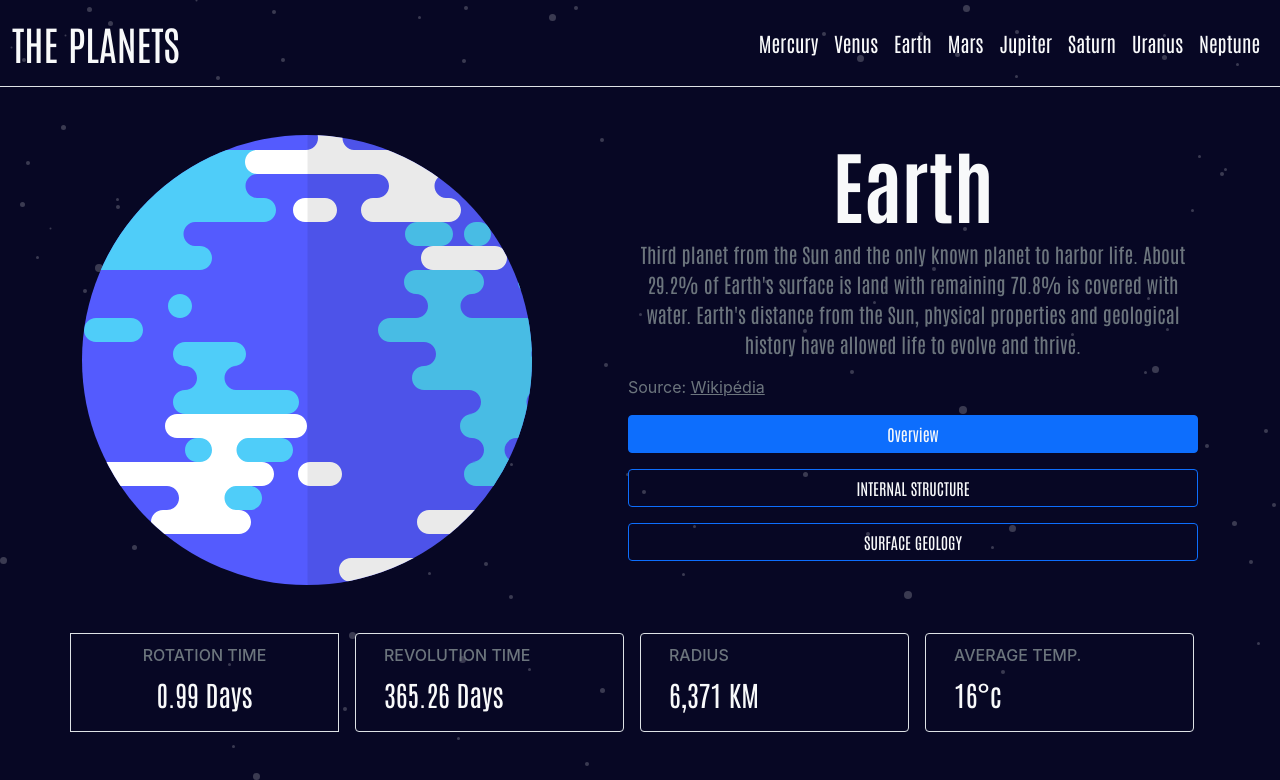
Repository: andre06x/the-planets
Page: /
These files come from the project's save history. The page is drawn as it stood at one moment and after the next save; the edit follows.
The browser window is 1280 px wide. The pictures show the whole page.
The project was rebuilt for these pictures with package versions that can differ from the ones it lists, and the page was loaded fresh each time.

Above is the page before, as saved 2021-10-19 16:41:34.

### public/index.html
<!DOCTYPE html>
<html lang="en">

<head>
  <meta charset="utf-8" />
  <link rel="icon" href="%PUBLIC_URL%/favicon.ico" />
  <meta name="viewport" content="width=device-width, initial-scale=1" />
  <meta name="theme-color" content="#000000" />
  <link rel="preconnect" href="https://fonts.googleapis.com">
  <link rel="preconnect" href="https://fonts.gstatic.com" crossorigin>
  <link href="https://fonts.googleapis.com/css2?family=Antonio:wght@400;500;600;700&display=swap" rel="stylesheet">
  <meta name="description" content="Web site created using create-react-app" />
  <link rel="apple-touch-icon" href="%PUBLIC_URL%/logo192.png" />
  <link rel="manifest" href="%PUBLIC_URL%/manifest.json" />
  <link rel="stylesheet" href="%PUBLIC_URL%/bootstrap-5.1.3-dist/css/bootstrap.min.css">
  <title>React App</title>
</head>

<body>
  <noscript>You need to enable JavaScript to run this app.</noscript>
  <div id="root"></div>
  <script src="./bootstrap-5.1.3-dist/js/bootstrap.min.js"></script>
</body>

</html>

### src/index.js
import React from 'react';
import ReactDOM from 'react-dom';
import App from './App';
import reportWebVitals from './reportWebVitals';
import Global from './styles/global';

ReactDOM.render(
  <React.StrictMode>
    <Global />
    <App />
  </React.StrictMode>,
  document.getElementById('root')
);

// If you want to start measuring performance in your app, pass a function
// to log results (for example: reportWebVitals(console.log))
// or send to an analytics endpoint. Learn more: https://bit.ly/CRA-vitals
reportWebVitals();

### src/App.js
import logo from './logo.svg';
// import './App.css';
import Header from './components/Header';
import Container from './components/Container';

function App() {
  return (
    <div className="App">
      <Header />
      <Container />
    </div>
  );
}

export default App;

### src/styles/global.js
import { createGlobalStyle } from 'styled-components';
import img from '../background-stars.svg';

export default createGlobalStyle`
  body {
    background-image: url(${img});
    background-color: #070724;
    background-repeat: repeat;
  margin: 0;
  font-family: -apple-system, BlinkMacSystemFont, 'Segoe UI', 'Roboto', 'Oxygen',
    'Ubuntu', 'Cantarell', 'Fira Sans', 'Droid Sans', 'Helvetica Neue',
    sans-serif;
  -webkit-font-smoothing: antialiased;
  -moz-osx-font-smoothing: grayscale;
}

code {
  font-family: source-code-pro, Menlo, Monaco, Consolas, 'Courier New',
    monospace;
}
`;

### src/components/Header.js
import React, { useEffect } from 'react';
import data from '../data.json';
import { usePlanet } from '../zustand';

const Header = () => {
  const planetSetar = usePlanet(state => state.nomePlanet);
  const planet = usePlanet(state => state.planet);

  useEffect(() => {
    console.log(planet)
  }, [planet])

  return (
    <nav class="navbar navbar-expand-lg navbar-dark bg-transparent border-bottom border-muted ">
      <div class="container-fluid d-flex justify-content-between">
        <a class="navbar-brand fs-1 text-light font-antonio" href="#">THE PLANETS</a>
        <button class="navbar-toggler text-light" type="button" data-bs-toggle="collapse" data-bs-target="#navbarSupportedContent" aria-controls="navbarSupportedContent" aria-expanded="false" aria-label="Toggle navigation">
          <span class="navbar-toggler-icon text-light"></span>
        </button>
        <div class="collapse navbar-collapse justify-content-end" id="navbarSupportedContent">
          <div>
            <ul class="navbar-nav me-auto mb-2 mb-lg-0">
              {
                data.map(d => (
                  <li class="nav-item">
                    <a
                      class="nav-link active text-light fs-5 font-antonio"
                      aria-current="page"
                      href="#"
                      onClick={() => planetSetar(d.name)}
                    >
                      {d.name}
                    </a>
                  </li>
                ))
              }
            </ul>
          </div>
        </div>
      </div>
    </nav>
  )
}



export default Header

### src/components/Container.js
import React, { useEffect, useState } from 'react';
// import earth from '../assets/planet-earth.svg';
import data from '../data.json';
import { usePlanet } from '../zustand';

const Container = () => {
  const [selectBox, setSelectBox] = useState(1);
  const planet = usePlanet(state => state.planet);
  // const [planet, setPlanet] = useState('Earth');
  const [text, setText] = useState(data.filter(d => d.name === planet)[0].overview);
  const [imagee, setImagee] = useState('assets/planet-earth.svg');
  const [dataPlanet, setDataPlanet] = useState(['']);



  const op = [
    { id: 1, titulo: 'Overview' },
    { id: 2, titulo: 'INTERNAL STRUCTURE' },
    { id: 3, titulo: 'SURFACE GEOLOGY' },
  ]

  function buttonChange(o) {
    setSelectBox(o.id);

    if (o.id === 1) {
      setText(data.filter(d => d.name === planet)[0].overview);
      setImagee(data.filter(d => d.name === planet)[0].images.planet);
    }

    if (o.id === 2) {
      setText(data.filter(d => d.name === planet)[0].structure);
      setImagee(data.filter(d => d.name === planet)[0].images.internal);

    }

    if (o.id === 3) {
      setText(data.filter(d => d.name === planet)[0].geology);
      setImagee(data.filter(d => d.name === planet)[0].images.geology);

    }

  }

  useEffect(() => {
    setDataPlanet(data.filter(d => d.name === planet)[0]);
    setImagee(data.filter(d => d.name === planet)[0].images.planet);
    setText(data.filter(d => d.name === planet)[0].overview);
    setSelectBox(1);

  }, [planet]);
  return (
    <div className="container mt-md-5">
      <div className="d-flex flex-column">
        <div className="d-flex flex-md-row flex-column-reverse justify-content-between">
          <div className="me-md-5 d-flex justify-content-center">
            <img src={imagee} alt="" />
          </div>
          <div className="ms-md-5 d-flex flex-md-column flex-column-reverse">
            <h1 className="display-1 text-light font-antonio fw-bold text-center">
              {planet}
            </h1>
            <p className="lead text-muted font-antonio text-center">
              {text.content}
            </p>
            <span className="text-secondary">
              Source: <a href="" className="text-secondary"> Wikipédia</a>
            </span>

            <div className="d-flex flex-md-column mt-md-3 font-antonio fw-bold">
              {op.map(o => (
                <button
                  className={`btn text-light btn-outline-primary mb-3 col-4 col-md-12 ${selectBox === o.id ? ' btn-primary' : ''}`}
                  onClick={() => buttonChange(o)}
                >
                  {o.titulo}
                </button>
              ))}
            </div>
          </div>
        </div>
      </div>
      <div className="row mt-5 mb-5 flex-md-row flex-column">
        <div class="col me-3 bg-transparent border">
          <div class="card-body d-flex flex-md-column justify-content-between align-items-center">
            <h6 class="card-subtitle mb-md-2 text-muted">
              ROTATION TIME
            </h6>
            <p class="card-text text-light font-antonio fs-md-1 fs-3">
              {dataPlanet.rotation}
            </p>
          </div>
        </div>
        <div class="card col me-3 bg-transparent border">
          <div class="card-body">
            <h6 class="card-subtitle mb-2 text-muted">
              REVOLUTION TIME
            </h6>
            <p class="card-text text-light font-antonio fs-md-1 fs-3">
              {dataPlanet.revolution}
            </p>
          </div>
        </div>
        <div class="card col me-3 bg-transparent border">
          <div class="card-body">
            <h6 class="card-subtitle mb-2 text-muted">
              RADIUS
            </h6>
            <p class="card-text text-light font-antonio fs-md-1 fs-3">
              {dataPlanet.radius}
            </p>
          </div>
        </div>
        <div class="card col me-3 bg-transparent border">
          <div class="card-body">
            <h6 class="card-subtitle mb-2 text-muted">
              AVERAGE TEMP.
            </h6>
            <p class="card-text text-light font-antonio fs-md-1 fs-3">
              {dataPlanet.temperature}
            </p>
          </div>
        </div>
      </div>
    </div>
  )
}

export default Container;

### src/data.json
[
  {
    "name": "Mercury",
    "overview": {
      "content": "Mercury is the smallest planet in the Solar System and the closest to the Sun. Its orbit around the Sun takes 87.97 Earth days, the shortest of all the Sun's planets. Mercury is one of four terrestrial planets in the Solar System, and is a rocky body like Earth.",
      "source": "https://en.wikipedia.org/wiki/Mercury_(planet)"
    },
    "structure": {
      "content": "Mercury appears to have a solid silicate crust and mantle overlying a solid, iron sulfide outer core layer, a deeper liquid core layer, and a solid inner core. The planet's density is the second highest in the Solar System at 5.427 g/cm3 , only slightly less than Earth's density.",
      "source": "https://en.wikipedia.org/wiki/Mercury_(planet)#Internal_structure"
    },
    "geology": {
      "content": "Mercury's surface is similar in appearance to that of the Moon, showing extensive mare-like plains and heavy cratering, indicating that it has been geologically inactive for billions of years. It is more heterogeneous than either Mars's or the Moon’s.",
      "source": "https://en.wikipedia.org/wiki/Mercury_(planet)#Surface_geology"
    },
    "rotation": "58.6 Days",
    "revolution": "87.97 Days",
    "radius": "2,439.7 KM",
    "temperature": "430°c",
    "images": {
      "planet": "assets/planet-mercury.svg",
      "internal": "assets/planet-mercury-internal.svg",
      "geology": "assets/geology-mercury.png"
    }
  },
  {
    "name": "Venus",
    "overview": {
      "content": "Venus is the second planet from the Sun. It is named after the Roman goddess of love and beauty. As the brightest natural object in Earth's night sky after the Moon, Venus can cast shadows and can be, on rare occasions, visible to the naked eye in broad daylight.",
      "source": "https://en.wikipedia.org/wiki/Venus"
    },
    "structure": {
      "content": "The similarity in size and density between Venus and Earth suggests they share a similar internal structure: a core, mantle, and crust. Like that of Earth, Venusian core is most likely at least partially liquid because the two planets have been cooling at about the same rate.",
      "source": "https://en.wikipedia.org/wiki/Venus#Internal_structure"
    },
    "geology": {
      "content": "Much of the Venusian surface appears to have been shaped by volcanic activity. Venus has several times as many volcanoes as Earth, and it has 167 large volcanoes that are over 100 km (60 mi) across. The only volcanic complex of this size on Earth is the Big Island of Hawaii.",
      "source": "https://en.wikipedia.org/wiki/Venus#Surface_geology"
    },
    "rotation": "243 Days",
    "revolution": "224.7 Days",
    "radius": "6,051.8 KM",
    "temperature": "471°c",
    "images": {
      "planet": "assets/planet-venus.svg",
      "internal": "assets/planet-venus-internal.svg",
      "geology": "assets/geology-venus.png"
    }
  },
  {
    "name": "Earth",
    "overview": {
      "content": "Third planet from the Sun and the only known planet to harbor life. About 29.2% of Earth's surface is land with remaining 70.8% is covered with water. Earth's distance from the Sun, physical properties and geological history have allowed life to evolve and thrive.",
      "source": "https://en.wikipedia.org/wiki/Earth"
    },
    "structure": {
      "content": "Earth's interior, like that of the other terrestrial planets, is divided into layers by their chemical or physical (rheological) properties. The outer layer is a chemically distinct silicate solid crust, which is underlain by a highly viscous solid mantle.",
      "source": "https://en.wikipedia.org/wiki/Earth#Internal_structure"
    },
    "geology": {
      "content": "The total surface area of Earth is about 510 million km2. The continental crust consists of lower density material such as the igneous rocks granite and andesite. Less common is basalt, a denser volcanic rock that is the primary constituent of the ocean floors.",
      "source": "https://en.wikipedia.org/wiki/Earth#Surface"
    },
    "rotation": "0.99 Days",
    "revolution": "365.26 Days",
    "radius": "6,371 KM",
    "temperature": "16°c",
    "images": {
      "planet": "assets/planet-earth.svg",
      "internal": "assets/planet-earth-internal.svg",
      "geology": "assets/geology-earth.png"
    }
  },
  {
    "name": "Mars",
    "overview": {
      "content": "Mars is the fourth planet from the Sun and the second-smallest planet in the Solar System, being larger than only Mercury. In English, Mars carries the name of the Roman god of war and is often referred to as the \"Red Planet\".",
      "source": "https://en.wikipedia.org/wiki/Mars"
    },
    "structure": {
      "content": "Like Earth, Mars has differentiated into a dense metallic core overlaid by less dense materials. Scientists initially determined that the core is at least partially liquid. Current models of its interior imply a core consisting primarily of iron and nickel with about 16–17% sulfur.",
      "source": "https://en.wikipedia.org/wiki/Mars#Internal_structure"
    },
    "geology": {
      "content": "Mars is a terrestrial planet whose surface consists of minerals containing silicon and oxygen, metals, and other elements that typically make up rock. The surface is primarily composed of tholeiitic basalt, although parts are more silica-rich than typical basalt.",
      "source": "https://en.wikipedia.org/wiki/Mars#Surface_geology"
    },
    "rotation": "1.03 Days",
    "revolution": "1.88 Years",
    "radius": "3,389.5 KM",
    "temperature": "-28°c",
    "images": {
      "planet": "assets/planet-mars.svg",
      "internal": "assets/planet-mars-internal.svg",
      "geology": "assets/geology-mars.png"
    }
  },
  {
    "name": "Jupiter",
    "overview": {
      "content": "Jupiter is the fifth planet from the Sun and the largest in the Solar System. It is a gas giant with a mass two and a half times that of all the other planets in the Solar System combined, but less than one-thousandth the mass of the Sun.",
      "source": "https://en.wikipedia.org/wiki/Jupiter"
    },
    "structure": {
      "content": "When the Juno arrived in 2016, it found that Jupiter has a very diffuse core that mixes into its mantle. A possible cause is an impact from a planet of about ten Earth masses a few million years after Jupiter's formation, which would have disrupted an originally solid Jovian core.",
      "source": "https://en.wikipedia.org/wiki/Jupiter#Internal_structure"
    },
    "geology": {
      "content": "The best known feature of Jupiter is the Great Red Spot, a persistent anticyclonic storm located 22° south of the equator. It is known to have existed since at least 1831, and possibly since 1665.",
      "source": "https://en.wikipedia.org/wiki/Jupiter#Great_Red_Spot_and_other_vortices"
    },
    "rotation": "9.93 Hours",
    "revolution": "11.86 Years",
    "radius": "69,911 KM",
    "temperature": "-108°c",
    "images": {
      "planet": "assets/planet-jupiter.svg",
      "internal": "assets/planet-jupiter-internal.svg",
      "geology": "assets/geology-jupiter.png"
    }
  },
  {
    "name": "Saturn",
    "overview": {
      "content": "Saturn is the sixth planet from the Sun and the second-largest in the Solar System, after Jupiter. It is a gas giant with an average radius of about nine and a half times that of Earth. It only has one-eighth the average density of Earth.",
      "source": "https://en.wikipedia.org/wiki/Saturn"
    },
    "structure": {
      "content": "Despite consisting mostly of hydrogen and helium, most of Saturn's mass is not in the gas phase, because hydrogen becomes a non-ideal liquid when the density is above 0.01 g/cm3, which is reached at a radius containing 99.9% of Saturn's mass.",
      "source": "https://en.wikipedia.org/wiki/Saturn#Internal_structure"
    },
    "geology": {
      "content": "The outer atmosphere of Saturn contains 96.3% molecular hydrogen and 3.25% helium by volume. The planet's most famous feature is its prominent ring system, which is composed mostly of ice particles with a smaller amount of rocky debris and dust.",
      "source": "https://en.wikipedia.org/wiki/Saturn#Atmosphere"
    },
    "rotation": "10.8 Hours",
    "revolution": "29.46 Years",
    "radius": "58,232 KM",
    "temperature": "-138°c",
    "images": {
      "planet": "assets/planet-saturn.svg",
      "internal": "assets/planet-saturn-internal.svg",
      "geology": "assets/geology-saturn.png"
    }
  },
  {
    "name": "Uranus",
    "overview": {
      "content": "Uranus is the seventh planet from the Sun. Its name is a reference to the Greek god of the sky, Uranus according to Greek mythology, was the great-grandfather of Ares. It has the third-largest planetary radius and fourth-largest planetary mass in the Solar System.",
      "source": "https://en.wikipedia.org/wiki/Uranus"
    },
    "structure": {
      "content": "The standard model of Uranus's structure is that it consists of three layers: a rocky (silicate/iron–nickel) core in the centre, an icy mantle in the middle and an outer gaseous hydrogen/helium envelope. The core is relatively small, with a mass of only 0.55 Earth masses.",
      "source": "https://en.wikipedia.org/wiki/Uranus#Internal_structure"
    },
    "geology": {
      "content": "The composition of Uranus's atmosphere is different from its bulk, consisting mainly of molecular hydrogen and helium. The helium molar fraction, i.e. the number of helium atoms per molecule of gas, is 0.15±0.03 in the upper troposphere.",
      "source": "https://en.wikipedia.org/wiki/Uranus#Atmosphere"
    },
    "rotation": "17.2 Hours",
    "revolution": "84 Years",
    "radius": "25,362 KM",
    "temperature": "-195°c",
    "images": {
      "planet": "assets/planet-uranus.svg",
      "internal": "assets/planet-uranus-internal.svg",
      "geology": "assets/geology-uranus.png"
    }
  },
  {
    "name": "Neptune",
    "overview": {
      "content": "Neptune is the eighth and farthest-known Solar planet from the Sun. In the Solar System, it is the fourth-largest planet by diameter, the third-most-massive planet, and the densest giant planet. It is 17 times the mass of Earth, more massive than its near-twin Uranus.",
      "source": "https://en.wikipedia.org/wiki/Neptune"
    },
    "structure": {
      "content": "Neptune's internal structure resembles that of Uranus. Its atmosphere forms about 5% to 10% of its mass and extends perhaps 10% to 20% of the way towards the core. Increasing concentrations of methane, ammonia and water are found in the lower regions.",
      "source": "https://en.wikipedia.org/wiki/Neptune#Internal_structure"
    },
    "geology": {
      "content": "Neptune's atmosphere is 80% hydrogen and 19% helium. A trace amount of methane is also present. Prominent absorption bands of methane exist at wavelengths above 600 nm, in the red and infrared portion of the spectrum.",
      "source": "https://en.wikipedia.org/wiki/Neptune#Atmosphere"
    },
    "rotation": "16.08 Hours",
    "revolution": "164.79 Years",
    "radius": "24,622 KM",
    "temperature": "-201°c",
    "images": {
      "planet": "assets/planet-neptune.svg",
      "internal": "assets/planet-neptune-internal.svg",
      "geology": "assets/geology-neptune.png"
    }
  }
]

### src/zustand/index.js
import create from 'zustand';

const usePlanet = create(set => ({
  planet: 'Earth',
  nomePlanet: (namePlanet) => set(state => ({ planet: namePlanet}))
}))

export { usePlanet }

Loaded but not shown: src/reportWebVitals.js (common file); public/bootstrap-5.1.3-dist/css/bootstrap.min.css (library); public/bootstrap-5.1.3-dist/js/bootstrap.min.js (library)

After the next save:
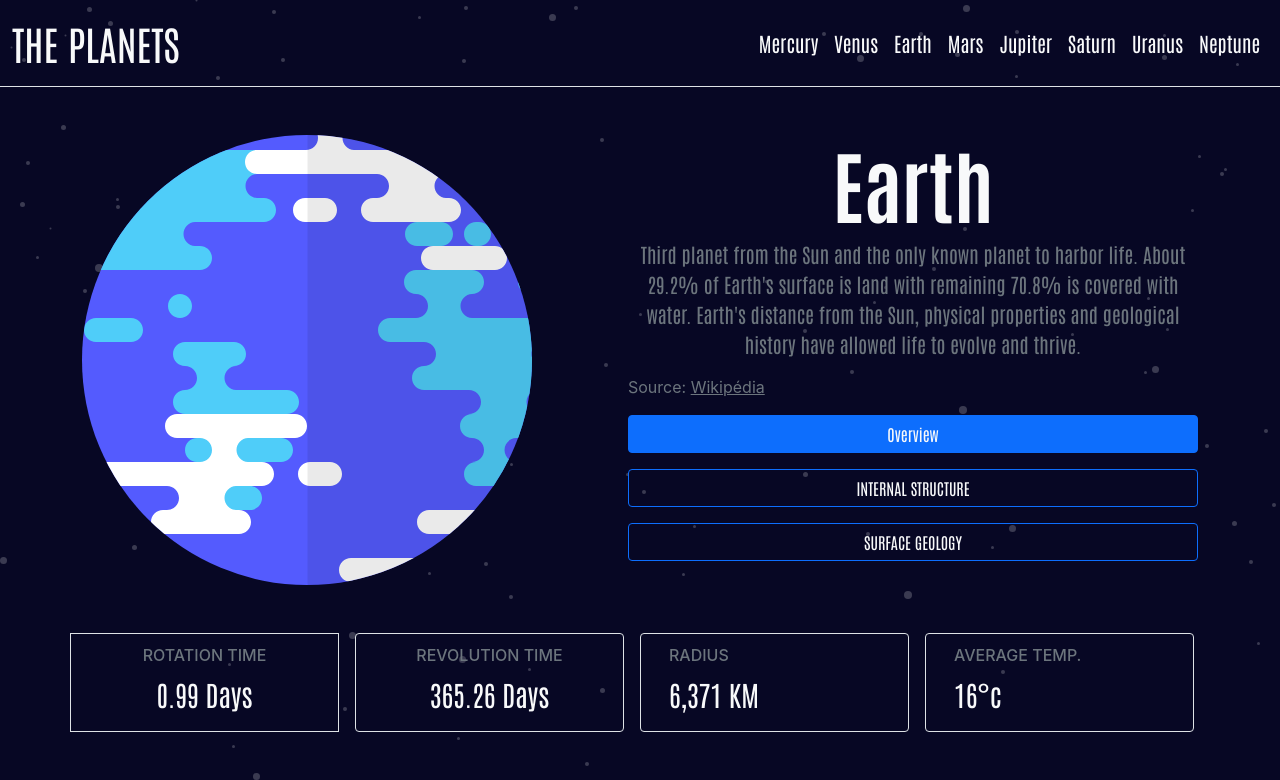
Saved 15 s later.
--- a/src/components/Container.js
+++ b/src/components/Container.js
@@ -91,8 +91,8 @@ const Container = () => {
           </div>
         </div>
         <div class="card col me-3 bg-transparent border">
-          <div class="card-body">
-            <h6 class="card-subtitle mb-2 text-muted">
+        <div class="card-body d-flex flex-md-column justify-content-between align-items-center">
+        <h6 class="card-subtitle mb-md-2 text-muted">
               REVOLUTION TIME
             </h6>
             <p class="card-text text-light font-antonio fs-md-1 fs-3">
